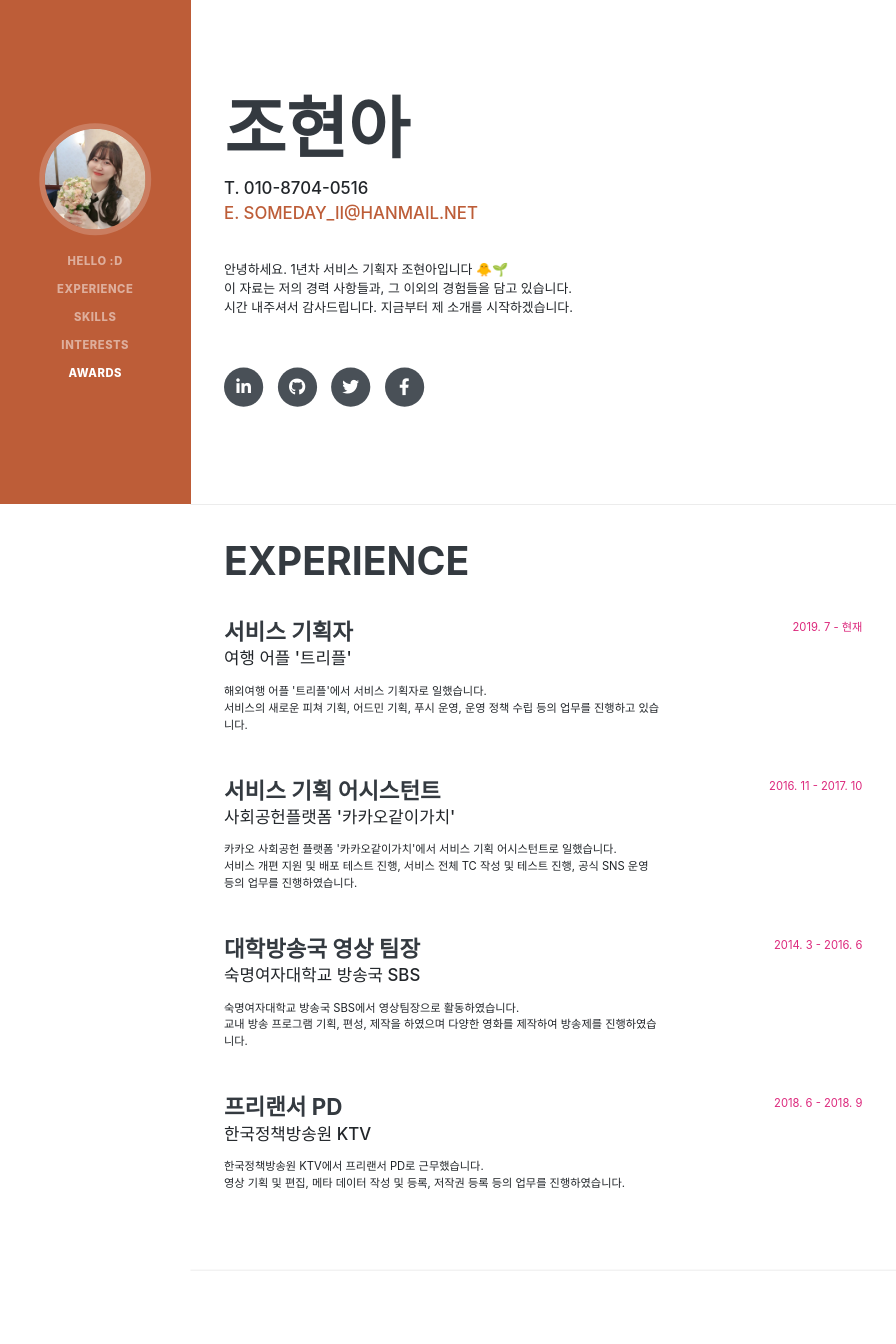
Repository: hyunah-aha/hyunah-aha
Page: Resume/index.html
The author's editor kept a record of every edit. The page is drawn from the files as they stood at one moment, then again after the next edit.
The browser window is 1280 px wide. The pictures show the part of the page from y = 0 to 1920 px (the page is 4823 px tall), at 70% of full size.
A picture or video elsewhere on the page could not be fetched, so the positions and the page height are approximate. Some web fonts or font styles are not loaded; a fallback is used.

Above is the page before.

### Resume/index.html
<!DOCTYPE html>
<html lang="kor">

<head>

  <meta charset="utf-8">
  <meta name="viewport" content="width=device-width, initial-scale=1, shrink-to-fit=no">
  <meta name="description" content="">
  <meta name="author" content="">

  <title>Resume - Start Bootstrap Theme</title>

  <!-- Bootstrap core CSS -->
  <link href="vendor/bootstrap/css/bootstrap.min.css" rel="stylesheet">

  <!-- Custom fonts for this template -->
  <link href="https://fonts.googleapis.com/css?family=Saira+Extra+Condensed:500,700" rel="stylesheet">
  <link href="https://fonts.googleapis.com/css?family=Muli:400,400i,800,800i" rel="stylesheet">
  <link href="vendor/fontawesome-free/css/all.min.css" rel="stylesheet">

  <!-- Custom styles for this template -->
  <link href="css/resume.css" rel="stylesheet">

</head>

<body id="page-top">

  <nav class="navbar navbar-expand-lg navbar-dark bg-primary fixed-top" id="sideNav">
    <a class="navbar-brand js-scroll-trigger" href="#page-top">
      <span class="d-block d-lg-none">조현아의 포트폴리오
</span>
      <span class="d-none d-lg-block">
        <img class="img-fluid img-profile rounded-circle mx-auto mb-2" src="img/hyunah_profile2.jpeg" alt="">
      </span>
    </a>
    <button class="navbar-toggler" type="button" data-toggle="collapse" data-target="#navbarSupportedContent" aria-controls="navbarSupportedContent" aria-expanded="false" aria-label="Toggle navigation">
      <span class="navbar-toggler-icon"></span>
    </button>
    <div class="collapse navbar-collapse" id="navbarSupportedContent">
      <ul class="navbar-nav">
        <li class="nav-item">
          <a class="nav-link js-scroll-trigger" href="#about">Hello :D </a>
        </li>
        <li class="nav-item">
          <a class="nav-link js-scroll-trigger" href="#experience">experience</a>
        </li>
        <li class="nav-item">
        </li>
        <li class="nav-item">
          <a class="nav-link js-scroll-trigger" href="#skills">skills</a>
        </li>
        <li class="nav-item">
          <a class="nav-link js-scroll-trigger" href="#interests">interests</a>
        </li>
        <li class="nav-item">
          <a class="nav-link js-scroll-trigger" href="#awards">awards</a>
        </li>
      </ul>
    </div>
  </nav>

  <div class="container-fluid p-0">

    <section class="resume-section p-3 p-lg-5 d-flex align-items-center" id="about">
      <div class="w-100">
        <h1 class="mb-0">조현아
        </h1>
        <br>
        <div class="subheading mb-5">T. 010-8704-0516<br>
          <a href="mailto:someday_ii@hanmail.net">E. someday_ii@hanmail.net</a>
        </div>
        <p class="lead mb-5">안녕하세요. 1년차 서비스 기획자 조현아입니다 🐥🌱 <br>이 자료는 저의 경력 사항들과, 그 이외의 경험들을 담고 있습니다. <br> 시간 내주셔서 감사드립니다. 지금부터 제 소개를 시작하겠습니다.</p>
        <br>
        <div class="social-icons">
          <a href="https://www.triple.guide/intro/" target="_blank">
            <i class="fab fa-linkedin-in"></i>
          </a>
          <a href="https://together.kakao.com/" target="_blank">
            <i class="fab fa-github"></i>
          </a>
          <a href="https://www.naver.com/" target="_blank">
            <i class="fab fa-twitter"></i>
          </a>
          <a href="https://www.daum.net" target="_blank">
            <i class="fab fa-facebook-f"></i>
          </a>
        </div>
      </div>
    </section>

    <hr class="m-0">

    <section class="resume-section p-3 p-lg-5 d-flex justify-content-center" id="experience">
      <div class="w-100">
        <h2 class="mb-5">Experience</h2>

        <div class="resume-item d-flex flex-column flex-md-row justify-content-between mb-5">
          <div class="resume-content">
            <h3 class="mb-0">서비스 기획자</h3>
            <div class="subheading mb-3">여행 어플 '트리플'</div>
            <p>해외여행 어플 '트리플'에서 서비스 기획자로 일했습니다. <br> 서비스의 새로운 피쳐 기획, 어드민 기획, 푸시 운영, 운영 정책 수립 등의 업무를 진행하고 있습니다. </p>
          </div>
          <div class="resume-date text-md-right">
            <span class="text-primary">2019. 7 - 현재</span>
          </div>
        </div>

        <div class="resume-item d-flex flex-column flex-md-row justify-content-between mb-5">
          <div class="resume-content">
            <h3 class="mb-0">서비스 기획 어시스턴트</h3>
            <div class="subheading mb-3">사회공헌플랫폼 '카카오같이가치'</div>
            <p>카카오 사회공헌 플랫폼 '카카오같이가치'에서 서비스 기획 어시스턴트로 일했습니다. <br>  서비스 개편 지원 및 배포 테스트 진행, 서비스 전체 TC 작성 및 테스트 진행, 공식 SNS 운영 등의 업무를 진행하였습니다. </p>
          </div>
          <div class="resume-date text-md-right">
            <span class="text-primary">2016. 11 - 2017. 10</span>
          </div>
        </div>

        <div class="resume-item d-flex flex-column flex-md-row justify-content-between">
          <div class="resume-content">
            <h3 class="mb-0">대학방송국 영상 팀장</h3>
            <div class="subheading mb-3">숙명여자대학교 방송국 SBS</div>
            <p>숙명여자대학교 방송국 SBS에서 영상팀장으로 활동하였습니다. <br>교내 방송 프로그램 기획, 편성, 제작을 하였으며 다양한 영화를 제작하여 방송제를 진행하였습니다.</p>
          </div>
          <div class="resume-date text-md-right">
            <span class="text-primary">2014. 3 - 2016. 6</span>
          </div>
        </div>
        <br><br>

        <div class="resume-item d-flex flex-column flex-md-row justify-content-between mb-5">
          <div class="resume-content">
            <h3 class="mb-0">프리랜서 PD</h3>
            <div class="subheading mb-3">한국정책방송원 KTV</div>
            <p>한국정책방송원 KTV에서 프리랜서 PD로 근무했습니다. <br>영상 기획 및 편집, 메타 데이터 작성 및 등록, 저작권 등록 등의 업무를 진행하였습니다.</p>
          </div>
          <div class="resume-date text-md-right">
            <span class="text-primary">2018. 6 - 2018. 9</span>
          </div>
        </div>

        </div>

      </div>

    </section>

    <hr class="m-0">

    <section class="resume-section p-3 p-lg-5 d-flex align-items-center" id="education">
      <div class="w-100">
        <h2 class="mb-5">Education</h2>

        <div class="resume-item d-flex flex-column flex-md-row justify-content-between mb-5">
          <div class="resume-content">
            <h3 class="mb-0">숙명여자대학교</h3>
            <div class="subheading mb-3">bachelor's degree of social science</div>
            <div>Media & Communication</div>
            <p>학점 : ️3.7</p>
          </div>
          <div class="resume-date text-md-right">
            <span class="text-primary">2014. 3 - 2020. 2</span>
          </div>
        </div>

        <div class="resume-item d-flex flex-column flex-md-row justify-content-between">
          <div class="resume-content">
            <h3 class="mb-0">서울 외국어 고등학교</h3>
            <div class="subheading mb-3">English department</div>
            <p>1st major: English<br>
            2nd major: German<br>
            3rd major: Japanese</p>
          </div>
          <div class="resume-date text-md-right">
            <span class="text-primary">2010. 4 - 2013. 2</span>
          </div>
        </div>

      </div>
    </section>

    <hr class="m-0">


    <section class="resume-section p-3 p-lg-5 d-flex align-items-center" id="skills">
      <div class="w-100">
        <h2 class="mb-5">Skills</h2>

        <div class="subheading mb-3">Programming Languages &amp; Tools</div>
        <ul class="list-inline dev-icons">
          <li class="list-inline-item">
            <i class="fab fa-html5"></i>
          </li>
          <li class="list-inline-item">
            <i class="fab fa-css3-alt"></i>
          </li>
          <li class="list-inline-item">
            <i class="fab fa-js-square"></i>
          </li>
          <li class="list-inline-item">
            <i class="fab fa-angular"></i>
          </li>
          <li class="list-inline-item">
            <i class="fab fa-react"></i>
          </li>
          <li class="list-inline-item">
            <i class="fab fa-node-js"></i>
          </li>
          <li class="list-inline-item">
            <i class="fab fa-sass"></i>
          </li>
          <li class="list-inline-item">
            <i class="fab fa-less"></i>
          </li>
          <li class="list-inline-item">
            <i class="fab fa-wordpress"></i>
          </li>
          <li class="list-inline-item">
            <i class="fab fa-gulp"></i>
          </li>
          <li class="list-inline-item">
            <i class="fab fa-grunt"></i>
          </li>
          <li class="list-inline-item">
            <i class="fab fa-npm"></i>
          </li>
        </ul>

        <div class="subheading mb-3">Know more</div>
        <div class="card" style="width: 18rem;">
          <img src="..." class="card-img-top" alt="...">
          <div class="card-body">
          <h5 class="card-title">트리플</h5>
          <p class="card-text">Some quick example text to build on the card title and make up the bulk of the card's content.</p>
          <a href=https://www.triple.guide/intro/ class="btn btn-primary">더보기</a>
        </div>
</div>
      </div>
    </section>

    <hr class="m-0">

    <section class="resume-section p-3 p-lg-5 d-flex align-items-center" id="interests">
      <div class="w-100">
        <h2 class="mb-5">Interests</h2>
        <h5>저는 밖에서 걷고, 뛰는 것을 좋아합니다. <br>아무 도구 없이도, 두 발만 있으면 언제 어디서든 할 수 있다는 '자유로움' 때문입니다. 그리고, 걷거나 달리면서 다양한 것들을 할 수 있어요. 특별한 상상을 할 수도 있고, 머리 속을 텅- 비워볼 수 있고, 또 복잡했던 고민을 풀거나 감정을 정리할 수도 있어요. 종종 책상에선 떠오르지 않던 아이디어가 뿅! 하고 튀어나오기도 해요. :D</h5><br>
        <p class="mb-0">그리고 또, 이런 것들을 좋아해요.<br>
        #영화 #여행 #강아지 #글씨쓰기 #대화 #혼자만의_시간 #디즈니 #상상</p>
      </div>
    </section>

    <hr class="m-0">

    <section class="resume-section p-3 p-lg-5 d-flex align-items-center" id="awards">
      <div class="w-100">
        <h2 class="mb-5">Awards &amp; Certifications</h2>
        <ul class="fa-ul mb-0">
          <li>
            <i class="fa-li fa fa-trophy text-warning"></i>
            대한민국 CSR 필름 페스티벌 재능나눔상(보건복지부장관상)</li>
          <li>
            <i class="fa-li fa fa-trophy text-warning"></i>
            신한은행 광고 영상 UCC 공모전 우수상</li>
          <li>
            <i class="fa-li fa fa-trophy text-warning"></i>
            경찰청 29초 영화제 최우수상</li>

        </ul>
      </div>
    </section>

  </div>

  <!-- Bootstrap core JavaScript -->
  <script src="vendor/jquery/jquery.min.js"></script>
  <script src="vendor/bootstrap/js/bootstrap.bundle.min.js"></script>

  <!-- Plugin JavaScript -->
  <script src="vendor/jquery-easing/jquery.easing.min.js"></script>

  <!-- Custom scripts for this template -->
  <script src="js/resume.min.js"></script>

</body>

</html>

### Resume/css/resume.css
/*!
 * Start Bootstrap - Resume v5.0.8 (https://startbootstrap.com/template-overviews/resume)
 * Copyright 2013-2019 Start Bootstrap
 * Licensed under MIT (https://github.com/BlackrockDigital/startbootstrap-resume/blob/master/LICENSE)
 */
head

body {
  font-family: 'Muli', -apple-system, BlinkMacSystemFont, 'Segoe UI', Roboto, 'Helvetica Neue', Arial, sans-serif, 'Apple Color Emoji', 'Segoe UI Emoji', 'Segoe UI Symbol', 'Noto Color Emoji';
  padding-top: 54px;
  color: #868e96;
}

@media (min-width: 992px) {
  body {
    padding-top: 0;
    padding-left: 17rem;
  }
}

h1,
h2,
h3,
h4,
h5,
h6 {
  font-family: 'Saira Extra Condensed', -apple-system, BlinkMacSystemFont, 'Segoe UI', Roboto, 'Helvetica Neue', Arial, sans-serif, 'Apple Color Emoji', 'Segoe UI Emoji', 'Segoe UI Symbol', 'Noto Color Emoji';
  font-weight: 700;
  text-transform: uppercase;
  color: #343a40;
}

h1 {
  font-size: 6rem;
  line-height: 5.5rem;
}

h2 {
  font-size: 3.5rem;
}

h3 {
  font-size: 2rem;
}

p.lead {
  font-size: 1.15rem;
  font-weight: 400;
}

.subheading {
  text-transform: uppercase;
  font-weight: 500;
  font-family: 'Saira Extra Condensed', -apple-system, BlinkMacSystemFont, 'Segoe UI', Roboto, 'Helvetica Neue', Arial, sans-serif, 'Apple Color Emoji', 'Segoe UI Emoji', 'Segoe UI Symbol', 'Noto Color Emoji';
  font-size: 1.5rem;
}

.social-icons a {
  display: inline-block;
  height: 3.5rem;
  width: 3.5rem;
  background-color: #495057;
  color: #fff !important;
  border-radius: 100%;
  text-align: center;
  font-size: 1.5rem;
  line-height: 3.5rem;
  margin-right: 1rem;
}

.social-icons a:last-child {
  margin-right: 0;
}

.social-icons a:hover {
  background-color: #BD5D38;
}

.dev-icons {
  font-size: 3rem;
}

.dev-icons .list-inline-item i:hover {
  color: #BD5D38;
}

#sideNav .navbar-nav .nav-item .nav-link {
  font-weight: 800;
  letter-spacing: 0.05rem;
  text-transform: uppercase;
}

#sideNav .navbar-toggler:focus {
  outline-color: #d48a6e;
}

@media (min-width: 992px) {
  #sideNav {
    text-align: center;
    position: fixed;
    top: 0;
    left: 0;
    display: flex;
    flex-direction: column;
    width: 17rem;
    height: 100vh;
  }
  #sideNav .navbar-brand {
    display: flex;
    margin: auto auto 0;
    padding: 0.5rem;
  }
  #sideNav .navbar-brand .img-profile {
    max-width: 10rem;
    max-height: 10rem;
    border: 0.5rem solid rgba(255, 255, 255, 0.2);
  }
  #sideNav .navbar-collapse {
    display: flex;
    align-items: flex-start;
    flex-grow: 0;
    width: 100%;
    margin-bottom: auto;
  }
  #sideNav .navbar-collapse .navbar-nav {
    flex-direction: column;
    width: 100%;
  }
  #sideNav .navbar-collapse .navbar-nav .nav-item {
    display: block;
  }
  #sideNav .navbar-collapse .navbar-nav .nav-item .nav-link {
    display: block;
  }
}

section.resume-section {
  padding-top: 5rem !important;
  padding-bottom: 5rem !important;
  max-width: 75rem;
}

section.resume-section .resume-item .resume-date {
  min-width: none;
}

@media (min-width: 768px) {
  section.resume-section {
    min-height: 100vh;
  }
  section.resume-section .resume-item .resume-date {
    min-width: 18rem;
  }
}

@media (min-width: 992px) {
  section.resume-section {
    padding-top: 3rem !important;
    padding-bottom: 3rem !important;
  }
}

.bg-primary {
  background-color: #BD5D38 !important;
}

.text-primary {
  color: #dc287c !important;
}

a {
  color: #BD5D38;
}

a:hover, a:focus, a:active {
  color: #824027;
}

Loaded but not shown: Resume/vendor/bootstrap/css/bootstrap.min.css (library); Resume/vendor/fontawesome-free/css/all.min.css (library); Resume/vendor/jquery/jquery.min.js (library); Resume/vendor/bootstrap/js/bootstrap.bundle.min.js (library); Resume/vendor/jquery-easing/jquery.easing.min.js (common file); Resume/js/resume.min.js (common file)

After the next edit:
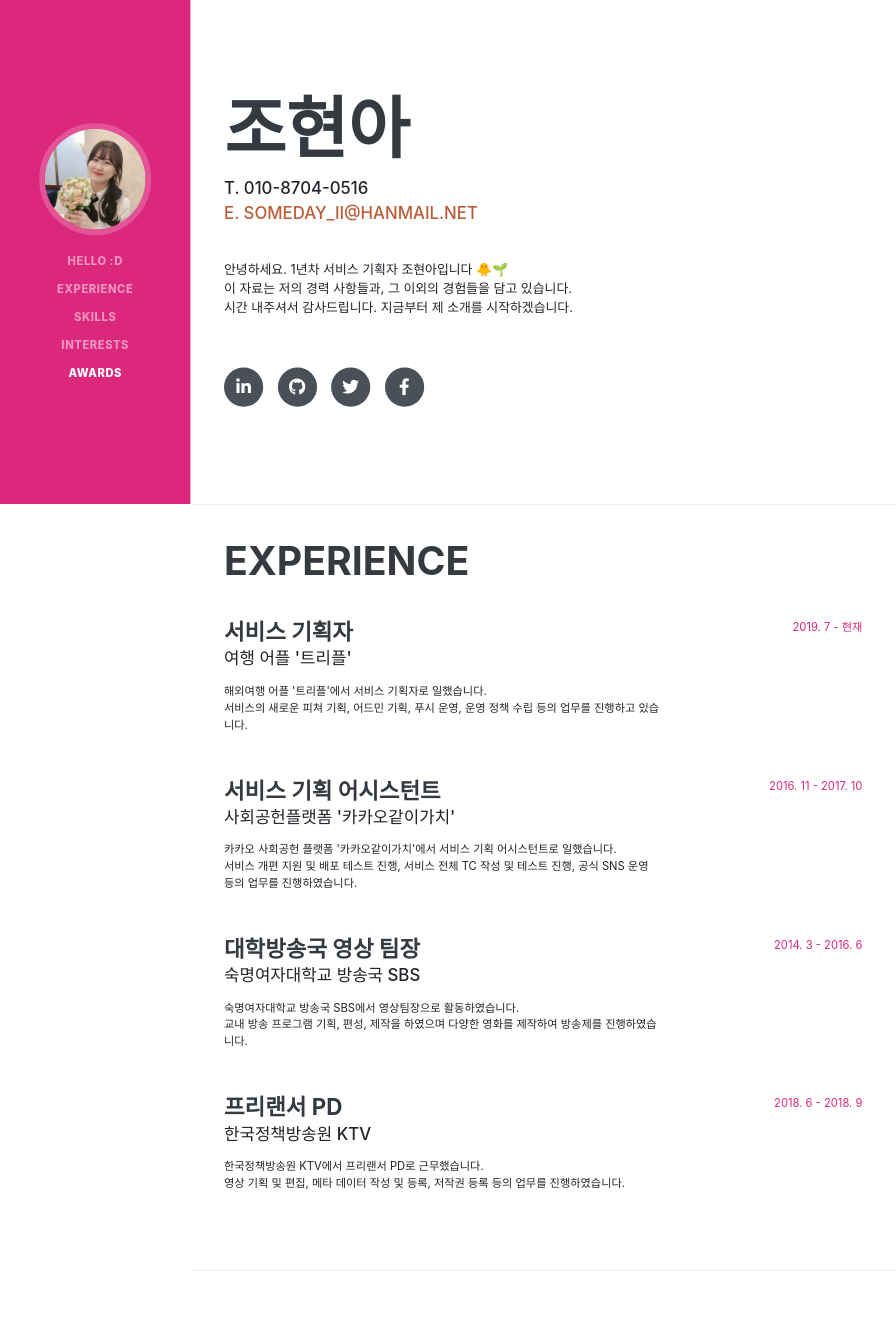
The edit:
--- a/Resume/css/resume.css
+++ b/Resume/css/resume.css
@@ -161,7 +161,7 @@
 }
 
 .bg-primary {
-  background-color: #BD5D38 !important;
+  background-color: #dc287c !important;
 }
 
 .text-primary {
